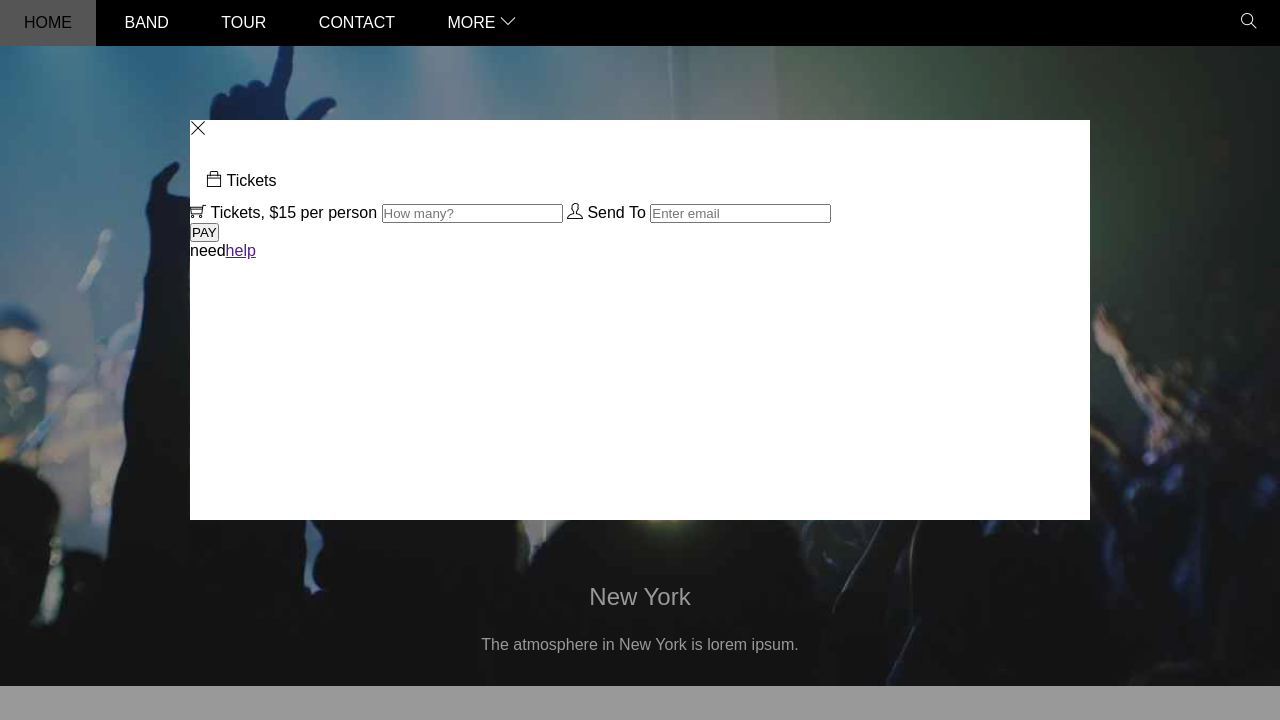
Repository: tung1233hhhhhhhhhhhhh/Website
Page: w3_band/index.html
The author's editor kept a copy of each file at every save. The page is drawn from the files as they stood at one save, then again after the next save.
The browser window is 1280 px wide. The pictures show the window.
A layer covers the whole window, so only the first screen is drawn.

Above is the page before, as saved 2023-02-18 21:18:46.

### w3_band/index.html
<!DOCTYPE html>
<html lang="en">

<head>
    <meta charset="UTF-8">
    <meta http-equiv="X-UA-Compatible" content="IE=edge">
    <meta name="viewport" content="width=device-width, initial-scale=1.0">
    <title>Document</title>
    <link rel="stylesheet" href="./assets/css/style.css">
    <link rel="stylesheet" href="/w3_band/assets/fonts/themify-icons/themify-icons.css">
    <link rel="stylesheet" href="./modal.js">
</head>

<body>
    <div id="main">
        <div id="header">
            <div id="nav">
                <ul>
                    <li><a href="">Home</a></li>
                    <li><a href="">Band</a></li>
                    <li><a href="">Tour</a></li>
                    <li><a href="">Contact</a></li>
                    <li class="icon">
                        <a href="">
                            More
                            <i class="ti-angle-down"></i>
                        </a>
                        <div class="subnav">
                            <ul>
                                <li><a href="">Merchandise</a></li>
                                <li><a href="">Extras</a></li>
                                <li><a href="">Media</a></li>
                            </ul>
                        </div>
                    </li>
                </ul>
                <div class="icon-search">
                    <i class="ti-search"></i>
                </div>
            </div>
        </div>

        <div id="slider">
            <div class="silder-content">
                <h2 class="silder-heading">New York</h2>
                <p class="silder-discreption">The atmosphere in New York is lorem ipsum.</p>
            </div>
        </div>

        <div id="content">
            <!-- about content -->
            <div class="content-selection">
                <h2 class="text-heading">THE BAND</h2>
                <p class="text-sub-heading">We love music</p>
                <p class="text-content">
                    We have created a fictional band website. Lorem ipsum dolor sit amet, consectetur adipiscing elit,
                    sed do eiusmod tempor incididunt ut labore et dolore magna aliqua. Ut enim ad minim veniam, quis
                    nostrud exercitation ullamco laboris nisi ut aliquip ex ea commodo consequat. Duis aute irure dolor
                    in reprehenderit in voluptate velit esse cillum dolore eu fugiat nulla pariatur. Excepteur sint
                    occaecat cupidatat non proident, sunt in culpa qui officia deserunt mollit anim id est laborum
                    consectetur adipiscing elit, sed do eiusmod tempor incididunt ut labore et dolore magna aliqua. Ut
                    enim ad minim veniam, quis nostrud exercitation ullamco laboris nisi ut aliquip ex ea commodo
                    consequat.
                </p>
                <!-- img -->
                <div class="team-selection">
                    <div class="sub-selection">
                        <p class="text-selection">Team</p>
                        <img src="/w3_band/assets/img/name.jpg" alt="" class="img-selection">
                    </div>

                    <div class="sub-selection">
                        <p class="text-selection">Team</p>
                        <img src="/w3_band/assets/img/name.jpg" alt="" class="img-selection">
                    </div>

                    <div class="sub-selection">
                        <p class="text-selection">Team</p>
                        <img src="/w3_band/assets/img/name.jpg" alt="" class="img-selection">
                    </div>
                </div>
            </div>

            <!-- tour content -->

            <div class="content-tour">
                <div class="tour-body">
                    <div class="content-selection">
                        <h2 class="text-heading">TOUR DATES</h2>
                        <p class="text-sub-heading">Remember to book your tickets!</p>
                    </div>

                    <ul class="tour-text">
                        <li>
                            September
                            <span>Sold out</span>
                        </li>
                        <li>
                            October
                            <span>Sold out</span>
                        </li>
                        <li>
                            November
                            <span class="number">3</span>
                        </li>
                    </ul>

                    <div class="tour-list">
                        <div class="tourimg-selection">
                            <img src="/w3_band/assets/img/anh1.jpg" alt="">
                            <div class="container">
                                <p>
                                    <b>New York</b>
                                </p>
                                <p style="opacity: 0.6;">Fri 27 Nov 2016</p>
                                <p>Praesent tincidunt sed tellus ut rutrum sed vitae justo.</p>
                                <button> Buy Tickets</button>
                            </div>


                        </div>
                        <div class="tourimg-selection">
                            <img src="/w3_band/assets/img/anh2.jpg" alt="">
                            <div class="container">
                                <p>
                                    <b>Paris</b>
                                </p>
                                <p style="opacity: 0.6;">Sat 28 Nov 2016</p>
                                <p>Praesent tincidunt sed tellus ut rutrum sed vitae justo.</p>
                                <button> Buy Tickets</button>
                            </div>
                        </div>
                        <div class="tourimg-selection">
                            <img src="/w3_band/assets/img/anh3.jpg" alt="">
                            <div class="container">
                                <p>
                                    <b>San Francisco</b>
                                </p>
                                <p style="opacity: 0.6;">Sun 29 Nov 2016</p>
                                <p>Praesent tincidunt sed tellus ut rutrum sed vitae justo.</p>
                                <button> Buy Tickets</button>
                            </div>
                        </div>
                    </div>
                </div>
            </div>

            <!-- contact content -->

            <div class="contact-content">
                <div class="content-selection">
                    <h2 class="text-heading">CONTACT</h2>
                    <p class="text-sub-heading">Fan? Drop a note!</p>
                    <div class="contact">
                        <div class="contact-left">
                            <i class="ti-location-pin"></i>
                            Chicago, US
                            <br>
                            <i class="ti-mobile"></i>
                            Phone: +00 151515
                            <br>
                            <i class="ti-email"></i>
                            Email: mail@mail.com
                        </div>
                        <div class="contact-right">
                            <form action="">
                                <div class="account">
                                    <input type="text" placeholder="Name">
                                    <input type="text" placeholder="Email">
                                </div>
                                <input class="mes" type="text" placeholder="Message">
                                <button>SEND</button>
                            </form>
                        </div>
                    </div>
                </div>

            </div>

            <!-- image of location/map -->

            <div class="banner-image">
                <img src="/w3_band/assets/img/map.jpg" alt="">

            </div>


        </div>

        <div id="footer">
            <i class="ti-facebook"></i>
            <i class="ti-instagram"></i>
            <i class="ti-vimeo-alt"></i>
            <i class="ti-pinterest"></i>
            <i class="ti-twitter-alt"></i>
            <i class="ti-linkedin"></i>
            <p>Powered by <a href="">w3.css</a></p>
        </div>
    </div>
    <div class="modal">
        <div class="modal-container">
            <div class="modal-close">
                <i class="ti-close"></i>
            </div>
            <header>
                <i class="ti-bag"></i>
                Tickets

            </header>
            <div class="modal-body">
                <label for="" class="modal-lable">
                    <i class="ti-shopping-cart"></i>
                    Tickets, $15 per person
                </label>
                <input type="text" class="input-lable" placeholder="How many?">
                <label for="" class="modal-lable">
                    <i class="ti-user"></i>
                    Send To
                </label>
                <input type="text" class="input-lable" placeholder="Enter email">
            </div>
            <button class="modal-button">PAY</button>
            <p>need<a href="">help</a></p>

        </div>
    </div>


</body>

</html>

### w3_band/assets/css/style.css
* {
    padding: 0;
    margin: 0;
    box-sizing: border-box;
}

html {
    font-family: Arial, Helvetica, sans-serif;
}

#main {}

#header {
    height: 46px;
    background-color: #000;
    position: fixed;
    top: 0;
    right: 0;
    left: 0;
    z-index: 1;
}

#nav li {
    display: inline-block;
    position: relative;
}

#nav li:hover .subnav {
    display: block;
}

#nav>ul>li:hover>a>i,
#nav .subnav li:hover,
#nav>ul>li:hover>a {
    color: #000;
    background-color: #555;
}

#nav .subnav {
    display: none;
    position: absolute;
    background-color: #FFF;
    box-shadow: 0 0 20px rgba(0, 0, 0, 0.4);
}

#nav .subnav a {
    color: #000;
    padding: 0 12px;
    line-height: 38px;
}

#nav .subnav ul li {
    display: block;
    min-width: 150px;
}

#nav>ul>li>a {
    color: #fff;
    text-transform: uppercase;
}

#nav ul {
    display: inline-block;
}

#nav li a {
    text-decoration: none;
    line-height: 46px;
    padding: 0 24px;
    display: block;
}

#nav i {
    color: #fff;
    width: 20px;
}

#header .icon-search {
    display: block;
    float: right;
    line-height: 46px;
    padding: 0 23px;
}

#header .icon-search:hover {
    cursor: pointer;
    background-color: #f44336;
}

#slider {
    margin-top: 46px;
    padding-top: 50%;
    background: url(/w3_band/assets/img/ny.jpg) top center / cover no-repeat;
    position: relative;
}

.silder-content {
    position: absolute;
    bottom: 0;
    color: #fff;
    padding-bottom: 32px;
    text-align: center;
    width: 100%;
}

.silder-heading {
    font-weight: 500;
}

.silder-discreption {
    margin-top: 25px;
}

#content {}

#content .content-selection {
    padding: 64px 0px;
    margin-left: auto;
    margin-right: auto;
    width: 800px;
}

#content .content-selection .text-heading {
    text-align: center;
    font-size: 30px;
    font-weight: 500;
    letter-spacing: 4px;
}

#content .content-selection .text-sub-heading {
    text-align: center;
    font-size: 15px;
    margin-top: 25px;
    opacity: 0.6;
    font-style: italic;
}

#content .content-selection .text-content {
    font-size: 15px;
    margin-top: 25px;
    text-align: justify;
    line-height: 1.4;
}

#content .content-selection .team-selection {
    padding-top: 47px;
    padding-bottom: 32px;
    justify-items: space-between;
}

#content .team-selection .sub-selection {
    display: inline-block;
    text-align: center;
}

#content .sub-selection p {
    margin: 15px 0;
}



#content .team-selection .img-selection {
    width: 60%;
    border-radius: 4px;
    margin-bottom: 16px;
}

/* tour content  */


#content .content-tour {
    height: 850px;
    background-color: #000;
    color: #fff;
}

#content .content-tour .tour-body {
    width: 800px;
    margin-left: auto;
    margin-right: auto;
}

#content .content-tour .tour-text {
    background-color: #FFF;
    display: block;
    color: #000;
}

#content .tour-text>li {
    height: 22, 5px;
    padding: 8px 16px;
    list-style: none;
}

#content .tour-text>li:first-child {
    border-bottom: 1px solid #999;
}

#content .tour-text>li:last-child {
    border-top: 1px solid #999;
}

#content .tour-text span {
    /* border-radius: 4px; */
    display: inline-block;
    background-color: red;
    padding: 4px;
    margin-left: 4px;
    color: #fff;
}

#content .tour-text .number {
    /* margin-left: 50px; */
    background-color: black;
    float: right;
    border-radius: 50%;
    margin-top: -3px;
}

#content .tour-list {
    padding: 32px 0;
    right: 0;
    left: 0;
    margin: 0 -8px;
    position: relative;
}

#content .tourimg-selection {
    width: 33.33333%;
    float: left;
    padding: 0 8px;
    justify-content: space-between;
}

#content .tourimg-selection .container {
    /* text-align: center; */
    background-color: #fff;
    color: #000;
    height: 204px;
    padding-left: 16px;
    font-size: 15px;
    line-height: 1.5;
    margin-top: -4px;
    margin-bottom: 15px;
}



#content .tourimg-selection .container>p {
    padding-top: 15px;
}

#content .tourimg-selection .container button {
    color: #fff;
    background-color: #000;
    margin-top: 15px;
    text-align: center;
    cursor: pointer;
    white-space: nowrap;
    border: none;
    display: inline-block;
    padding: 8px 16px;
    vertical-align: middle;
    overflow: hidden;
    text-decoration: none;
}

#content .container button:hover {
    background-color: #ccc;
    color: #000;
}

#content .tourimg-selection img {
    width: 100%;
    background-image: cover;
}

/* contact content */


#content .contact-content {
    padding: 45px 0;
}

#content .contact {
    padding-top: 47px;
    padding-bottom: 32px;
}

#content .contact .contact-left {
    width: 49%;
    display: inline-block;
    font-size: 18px;
}

#content .contact .contact-left i {
    display: inline-block;
    font-size: inherit;
    width: 30px;
    line-height: 1.5;
}

#content .contact .contact-right {
    width: 49%;
    /* display: inline-block; */
    float: right;
}


.contact .contact-right form {
    width: 400px;
    position: relative;
    display: inline-block
}

.contact .contact-right form .account {
    margin-bottom: 10px;
}

.contact .contact-right .account input {
    padding: 8px;
    margin-right: 16px;
}

.contact .contact-right form .mes {
    width: 95.7%;
    padding: 8px;
}

.contact .contact-right form button {
    /* position: absolute; */
    margin: 16px 0;
    padding: 8px 16px;
    margin-left: 309px;
    background-color: black;
    color: #fff;
}

.contact .contact-right form button:hover {
    cursor: pointer;
    background-color: #ccc;
    color: black;
    border: none;
}

/* image of location/map */

.banner-image img {
    width: 100%;
    filter: grayscale(50%);
}

#content {}


#footer {
    padding: 64px 16px;
    text-align: center;
    justify-content: center;
    opacity: 0.6;
}

#footer p {
    margin: 30px 0;
    display: block;
    font-size: 15px;
}

#footer i {
    font-size: 25px;

    display: inline-block;
    text-rendering: auto;
}


.modal {
    position: fixed;
    top: 0;
    left: 0;
    right: 0;
    bottom: 0;

    background-color: rgba(0, 0, 0, 0.4);
}

.modal .modal-container {
    width: 900px;
    height: 400px;
    background-color: #FFF;
    margin: 0 auto;
    transform: translateY(30%);
    position: relative;
}

/* .modal .modal-container .modal-close {
    position: absolute;
} */

.modal header {
    width: 100%;
    height: 45px;
    padding: 32px 16px;
}

Loaded but not shown: w3_band/assets/fonts/themify-icons/themify-icons.css (common file); w3_band/modal.js (no stored copy; drawn as an empty file)

After the next save:
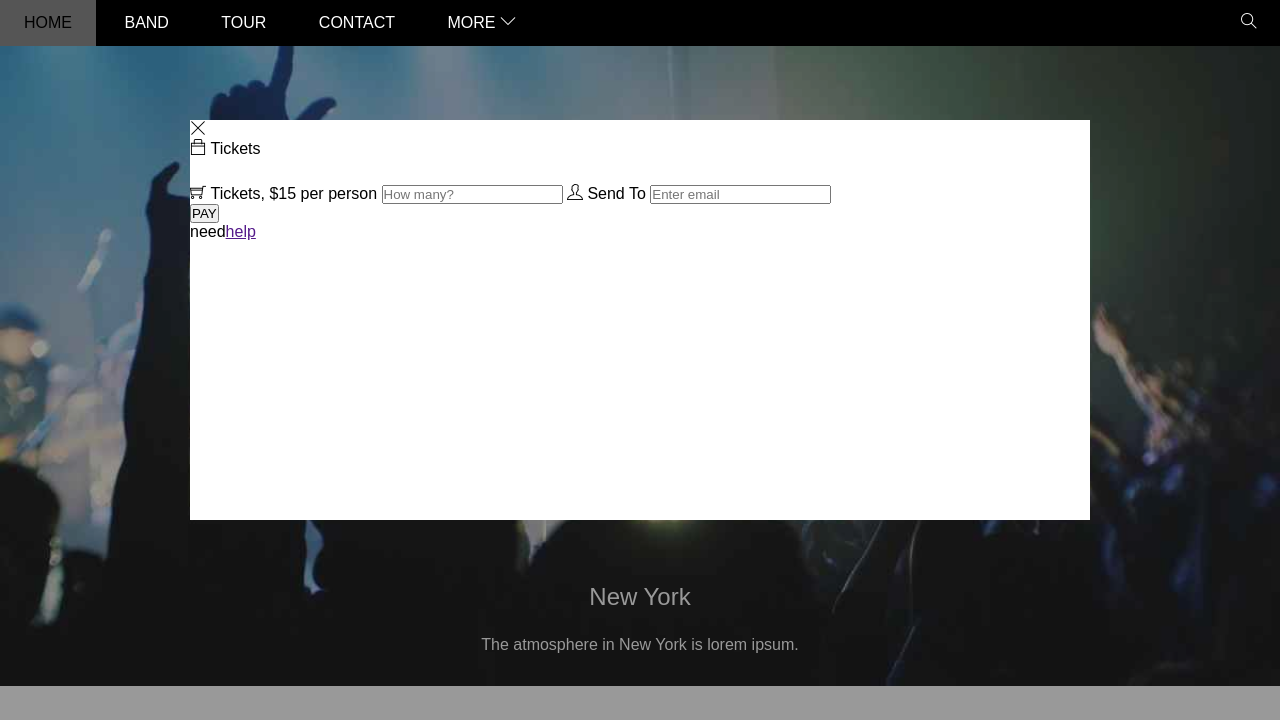
Saved 5 s later.
--- a/w3_band/assets/css/style.css
+++ b/w3_band/assets/css/style.css
@@ -400,5 +400,6 @@
 .modal header {
     width: 100%;
     height: 45px;
-    padding: 32px 16px;
-}
+    /* padding: 32px 16px; */
+
+}

After the save that followed:
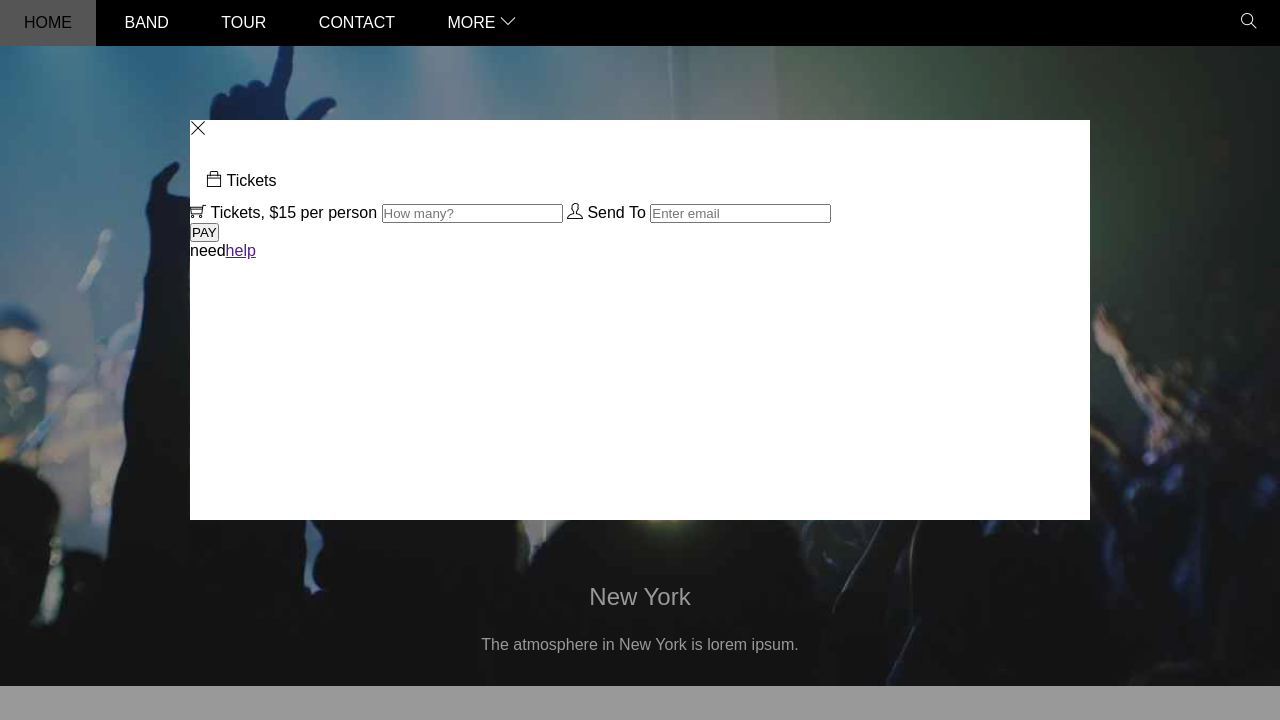
Saved 4 s later.
--- a/w3_band/assets/css/style.css
+++ b/w3_band/assets/css/style.css
@@ -400,6 +400,6 @@
 .modal header {
     width: 100%;
     height: 45px;
-    /* padding: 32px 16px; */
-
-}
+    padding: 32px 16px;
+
+}
